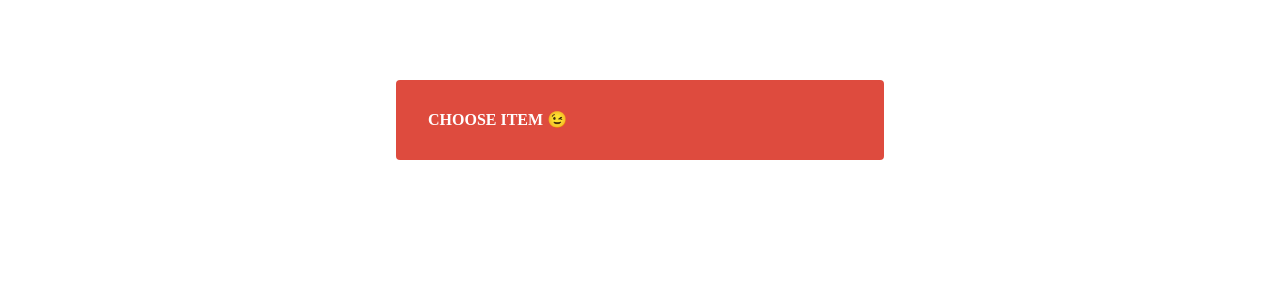
Repository: fdhhhdjd/React-Witth-Framer-Motion
Page: /
An editor plug-in stored every save of this project. The page is shown before and after the next save, followed by the edit.
The browser window is 1280 px wide. The pictures show the whole page.
The project was rebuilt for these pictures with package versions that can differ from the ones it lists, and the page was loaded fresh each time. Also part of the build but not shown: src/App.css, src/Component/ChooseImg/ChooseImg.js.

Above is the page before, as saved 2021-10-11 20:34:53.

### src/App.js
import logo from "./logo.svg";
import "./App.css";
import { Switch, BrowserRouter, Route } from "react-router-dom";
import { Dropdown, ChooseImg } from "./Import/Index";
function App() {
  return (
    <BrowserRouter>
      <Dropdown />
      <Switch>{/* <Route exact path="/" component={ChooseImg} /> */}</Switch>
    </BrowserRouter>
  );
}

export default App;

### src/Import/Index.js
export { default as Dropdown } from "../Page/Dropdown/Dropdown";
export { default as ChooseImg } from "../Component/ChooseImg/ChooseImg";

### src/Page/Dropdown/Dropdown.js
import React, { useState } from "react";
import "./Dropdown.css";
import "./reset.css";
const Dropdown = () => {
  const [select, setSelect] = useState("Choose Item 😉 ");
  const option = [
    {
      id: 1,
      name: "ChooseImage",
      path: "/",
    },
    {
      id: 2,
      name: "A",
      path: "/A",
    },
  ];
  return (
    <div class="dropdown">
      <div class="dropdown__select">
        <span class="dropdown__selected">{select}</span>
        <i class="fa fa-caret-down dropdown__caret"></i>
      </div>
      <ul class="dropdown__list">
        {option.map((item) => {
          return (
            <>
              <li class="dropdown__item">
                <span class="dropdown__text">{item.name}</span>
              </li>
            </>
          );
        })}
      </ul>
    </div>
  );
};

export default Dropdown;

### src/Page/Dropdown/Dropdown.css
html {
    font-size: 62.5%;
    font-family: "Poppins", sans-serif;
  }
  * {
    box-sizing: border-box;
  }
  :root {
    --primary: #de4b3e;
    --secondary: #c74237;
  }
  .dropdown {
    width: 100%;
    max-width: 30.5rem;
    margin: 5rem auto;
    position: relative;
    color: white;
    text-transform: uppercase;
    font-size: 1rem;
    font-weight: bold;
    border-radius: 4px;
  }
  .dropdown__select {
    border-radius: inherit;
  }
  .dropdown__list {
    margin-top: 2.5rem;
    position: absolute;
    top: 100%;
    left: 0;
    right: 0;
    display: none;
  }
  .dropdown__list:before {
    content: "";
    height: 2.5rem;
    position: absolute;
    left: 0;
    right: 0;
    background-color: transparent;
    transform: translateY(-100%);
  }
  .dropdown:hover .dropdown__list {
    display: block;
  }
  .dropdown__select,
  .dropdown__item {
    width: 100%;
    padding: 2rem;
    background-color: var(--primary);
    display: flex;
    align-items: center;
    justify-content: space-between;
    cursor: pointer;
  }
  .dropdown__item {
    transition: background-color 0.2s linear;
  }
  .dropdown__item:first-child {
    border-radius: 4px 4px 0 0;
    position: relative;
  }
  .dropdown__item:first-child:before {
    content: "";
    position: absolute;
    top: 0;
    left: 3rem;
    border-left: 10px solid transparent;
    border-right: 10px solid transparent;
    border-bottom: 10px solid var(--primary);
    transform: translateY(-100%);
    transition: border-color 0.2s linear;
  }
  .dropdown__item:first-child:hover:before {
    border-bottom-color: var(--secondary);
  }
  .dropdown__item:last-child {
    border-radius: 0 0 4px 4px;
  }
  .dropdown__item:hover {
    background-color: var(--secondary);
  }

### src/Page/Dropdown/reset.css

html,
body,
div,
span,
applet,
object,
iframe,
h1,
h2,
h3,
h4,
h5,
h6,
p,
blockquote,
pre,
a,
abbr,
acronym,
address,
big,
cite,
code,
del,
dfn,
em,
img,
ins,
kbd,
q,
s,
samp,
small,
strike,
strong,
sub,
sup,
tt,
var,
b,
u,
i,
center,
dl,
dt,
dd,
ol,
ul,
li,
fieldset,
form,
label,
legend,
table,
caption,
tbody,
tfoot,
thead,
tr,
th,
td,
article,
aside,
canvas,
details,
embed,
figure,
figcaption,
footer,
header,
hgroup,
menu,
nav,
output,
ruby,
section,
summary,
time,
mark,
audio,
video {
  margin: 0;
  padding: 0;
  border: 0;
  font-size: 100%;
  font: inherit;
  vertical-align: baseline;
}
/* HTML5 display-role reset for older browsers */
article,
aside,
details,
figcaption,
figure,
footer,
header,
hgroup,
menu,
nav,
section {
  display: block;
}
body {
  line-height: 1;
}
ol,
ul {
  list-style: none;
}
blockquote,
q {
  quotes: none;
}
blockquote:before,
blockquote:after,
q:before,
q:after {
  content: "";
  content: none;
}
table {
  border-collapse: collapse;
  border-spacing: 0;
}

Loaded but not shown: public/index.html (common file); src/index.js (common file); src/index.css (common file); src/reportWebVitals.js (common file)

After the next save:
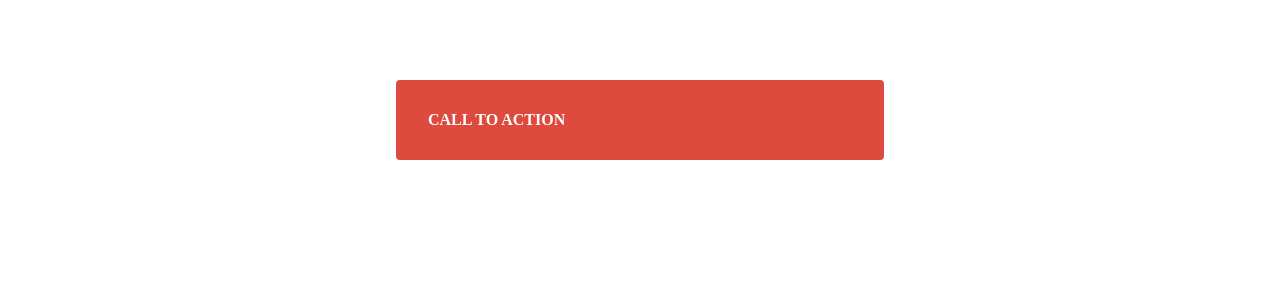
Saved 34 s later.
--- a/src/Page/Dropdown/Dropdown.js
+++ b/src/Page/Dropdown/Dropdown.js
@@ -3,34 +3,28 @@ import "./Dropdown.css";
 import "./reset.css";
 const Dropdown = () => {
   const [select, setSelect] = useState("Choose Item 😉 ");
-  const option = [
-    {
-      id: 1,
-      name: "ChooseImage",
-      path: "/",
-    },
-    {
-      id: 2,
-      name: "A",
-      path: "/A",
-    },
-  ];
   return (
     <div class="dropdown">
       <div class="dropdown__select">
-        <span class="dropdown__selected">{select}</span>
+        <span class="dropdown__selected">Call to action</span>
         <i class="fa fa-caret-down dropdown__caret"></i>
       </div>
       <ul class="dropdown__list">
-        {option.map((item) => {
-          return (
-            <>
-              <li class="dropdown__item">
-                <span class="dropdown__text">{item.name}</span>
-              </li>
-            </>
-          );
-        })}
+        <li class="dropdown__item">
+          <span class="dropdown__text">New project</span>
+        </li>
+        <li class="dropdown__item">
+          <span class="dropdown__text">View profile</span>
+          <i class="fa fa-user dropdown__icon"></i>
+        </li>
+        <li class="dropdown__item">
+          <span class="dropdown__text">Settings</span>
+          <i class="fa fa-cog dropdown__icon"></i>
+        </li>
+        <li class="dropdown__item">
+          <span class="dropdown__text">Logout</span>
+          <i class="fa fa-circle dropdown__icon"></i>
+        </li>
       </ul>
     </div>
   );
